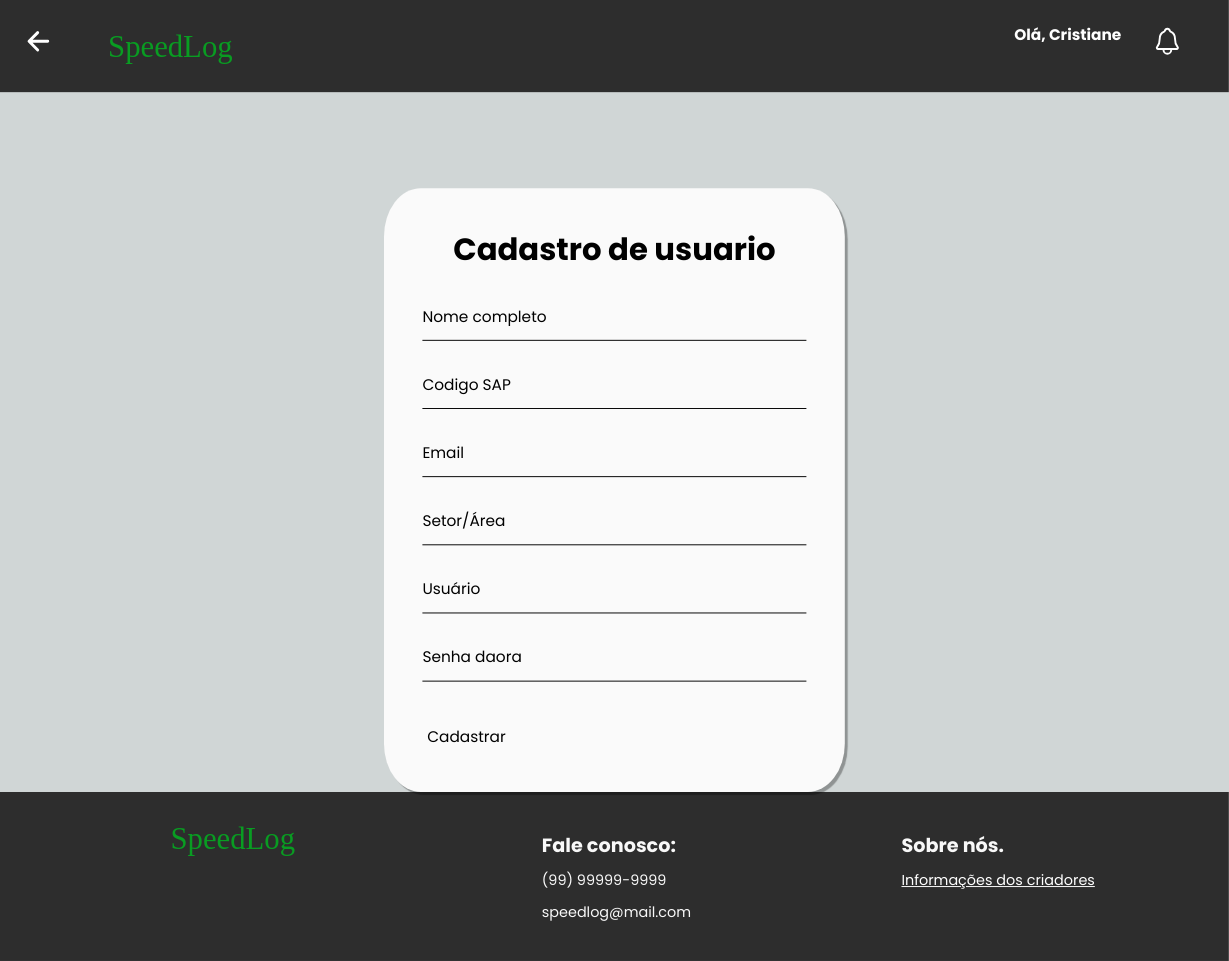
Repository: crisholiveira/speedlog
Page: http://localhost/cadastroDeUsuario/
The author's editor kept a copy of each file at every save. The page is drawn from the files as they stood at one save, then again after the next save.
The browser window is 1280 px wide. The pictures show the whole page, at 96% of full size.
Some web fonts or font styles are not loaded; a fallback is used. The page is served by the project's Node server (app.js).

Above is the page before, as saved 2022-01-16 19:29:28.

After the next save:
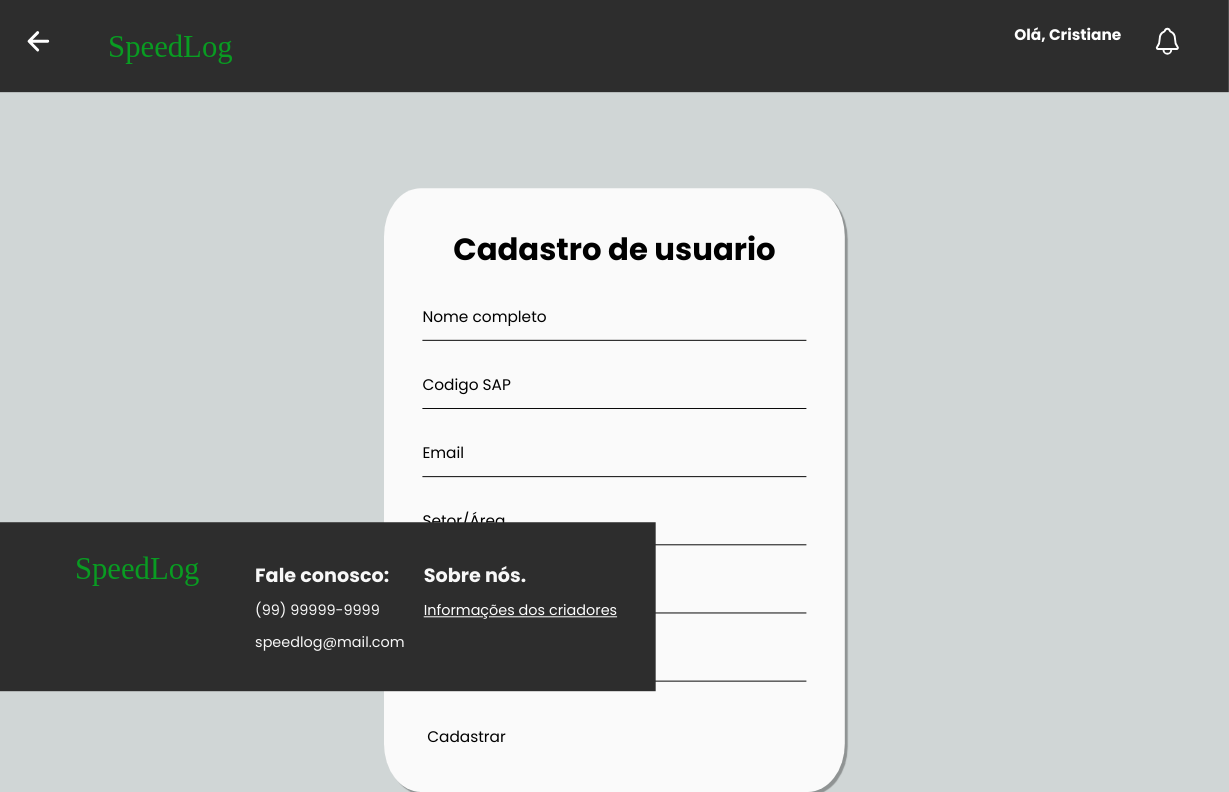
Saved 55 s later.
--- a/public/stylesheets/footer.css
+++ b/public/stylesheets/footer.css
@@ -11,6 +11,8 @@ footer{
     background-color:#2d2d2d;
     color: rgb(248, 248, 248);
     padding: 30px;
+    position: absolute;
+    bottom: 0px;
 
 
 }
